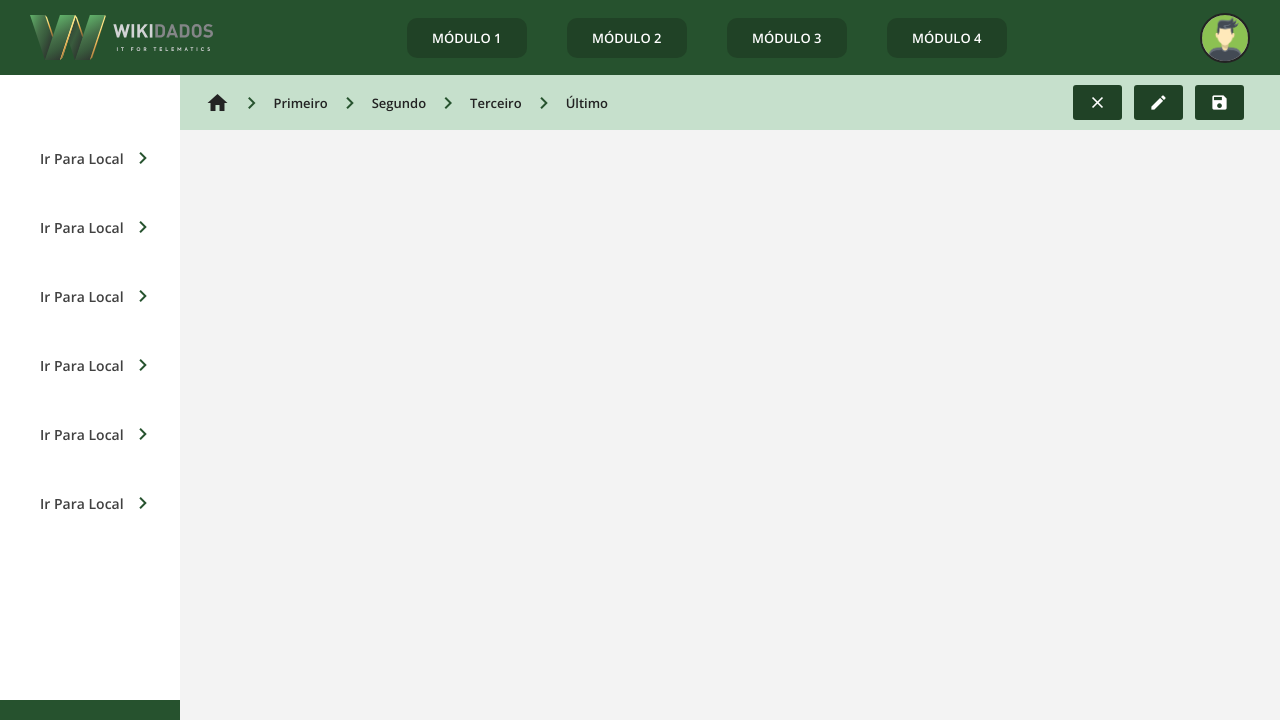
Repository: AlexDjon/alexdjon.github.io
Page: wiki-relayout/index.html
The author's editor kept a copy of each file at every save. The page is drawn from the files as they stood at one save, then again after the next save.
The browser window is 1280 px wide. The pictures show the whole page.

Above is the page before, as saved 2020-08-12 16:08:08.

### wiki-relayout/index.html
<!DOCTYPE html>
<html lang="pt-br">

<head>
  <meta charset="UTF-8">
  <meta name="viewport" content="width=device-width, initial-scale=1.0">
  <title>Wiki - Relayout</title>

  <link rel="shotcut icon" href="https://wikidados.com.br/assets/wiki/img/logos/favicon.ico">
  <link href="https://fonts.googleapis.com/icon?family=Material+Icons" rel="stylesheet">
  <link href="https://fonts.googleapis.com/css2?family=Open+Sans:wght@400;600;700&display=swap" rel="stylesheet">
  <link rel="stylesheet" href="css/styles.css">
</head>

<body>
  <header class="cabecalho">
    <img src="img/logo.svg" alt="Logo Wiki" class="logo">

    <div class="modulos">
      <button>Módulo 1</button>
      <button>Módulo 2</button>
      <button>Módulo 3</button>
      <button>Módulo 4</button>
    </div>

    <button class="user">
    </button>
  </header>

  <aside class="areas">
    <ul>
      <li><i class="material-icons">donut_large</i> Editar perfil</li>
      <li><i class="material-icons">grade</i> Favoritos</li>
      <li><i class="material-icons">history</i> Histórico</li>
      <li><i class="material-icons">power_settings_new</i> Sair</li>
    </ul>
  </aside>

  <main class="conteudo">
    <nav class="navbar">
      <ul class="menu">
        <li>Ir para local <i class="material-icons">chevron_right</i></li>
        <li>Ir para local <i class="material-icons">chevron_right</i></li>
        <li>Ir para local <i class="material-icons">chevron_right</i></li>
        <li>Ir para local <i class="material-icons">chevron_right</i></li>
        <li>Ir para local <i class="material-icons">chevron_right</i></li>
        <li>Ir para local <i class="material-icons">chevron_right</i></li>
      </ul>
    </nav>

    <div class="meio">
      <div class="barra">
        <ul class="caminho">
          <li>
            <i class="material-icons">home</i>
          </li>
          <li id="separator">
            <i class="material-icons">chevron_right</i>
          </li>
          <li>
            Primeiro
          </li>
          <li id="separator">
            <i class="material-icons">chevron_right</i>
          </li>
          <li>
            Segundo
          </li>
          <li id="separator">
            <i class="material-icons">chevron_right</i>
          </li>
          <li>
            Terceiro
          </li>
          <li id="separator">
            <i class="material-icons">chevron_right</i>
          </li>
          <li>
            Último
          </li>
        </ul>

        <div class="list-buttons">
          <button>
            <i class="material-icons">close</i>
          </button>
          <button>
            <i class="material-icons">edit</i>
          </button>
          <button>
            <i class="material-icons">save</i>
          </button>
        </div>
      </div>

    </div>

  </main>

  <script src="js/scripts.js"></script>
</body>

</html>

### wiki-relayout/css/styles.css
* {
  padding: 0;
  margin: 0;
  font-weight: 100%;
  font-family: 'Open Sans', sans-serif;
  border: 0;
  outline: 0;
  box-sizing: border-box;
}

body {
  background: #f3f3f3;
}

:root {
  --verdeW: #26522e;
  --verdeW2: #204226;
  --verdeW-semi: #c6e0cc;
  --verde: #32a852;
  --black: #232323;
  --black2: #414141;
  --white: #ffffff;
  --grey: #3b3b3b;
  --shadow: -4px 4px 8px 0px rgba(10, 10, 10, 0.27);
  --cabecalhoY: 75px;
}

/* CABECALHO */
.cabecalho {
  width: 100%;
  height: var(--cabecalhoY);
  background: var(--verdeW);
  padding: 10px 30px;
  display: flex;
  justify-content: space-between;
  align-items: center;
}

.cabecalho .logo {
  height: 45px;
}

.cabecalho .modulos {
  display: flex;
}
.cabecalho .modulos button {
  margin: 0 20px;
  width: 120px;
  height: 40px;
  border-radius: 10px;
  background-color: var(--verdeW2);
  color: var(--white);
  font-size: 13px;
  text-transform: uppercase;
  font-weight: 600;
  cursor: pointer;
  transition: filter 0.3s;
}
.cabecalho .modulos button:hover {
  filter: brightness(90%);
}
.cabecalho .user {
  height: 50px;
  width: 50px;
  border-radius: 50%;
  border: solid 2px var(--black);

  background-image: url(../img/avatar1.png);
  background-size: cover;
  background-position: center center;

  cursor: pointer;
}

/* AREAS */
.areas {
  display: none;
  min-width: 180px;
  position: absolute;
  top: var(--cabecalhoY);
  right: 0;
  background-color: var(--white);
  box-shadow: var(--shadow);
}
.areas.ativo {
  display: block;
}
.areas ul {
  list-style: none;
  padding: 10px 20px 10px 40px;
}
.areas ul li {
  margin: 17px 0;
  font-size: 15px;
  color: var(--black2);

  display: flex;
  justify-content: flex-start;
  align-items: center;
  transition: color 0.3s;
  cursor: pointer;
}
.areas ul li:hover {
  color: var(--black);
}
.areas ul li i {
  margin-right: 8px;
  font-size: 17px;
  color: var(--verdeW);
}


/* NAVBAR */
.navbar {
  width: 210px;
  height: calc(100vh - var(--cabecalhoY));
  background: var(--white);
  border-bottom: solid 20px var(--verdeW);
}
.navbar .menu {
  padding: 50px 0 50px 30px;
  display: flex;
  flex-direction: column;
  justify-content: flex-start;
  align-items: flex-start;
  list-style: none;
}
.navbar .menu li {
  margin: 14px 0;
  text-transform: capitalize;
  font-weight: 600;
  color: var(--black2);
  font-size: 14px;
  padding: 7px 3px 10px 10px;
  /* border-bottom: solid 1px var(--white);
  border-radius: 0 0 5px 0; */

  display: flex;
  justify-content: space-between;
  align-items: center;

  cursor: pointer;
}
.navbar .menu li i {
  margin-left: 7px;
  color: var(--black2);
}
.navbar .menu li i {
  color: var(--verdeW);
}


/* CONTEUDO */
.conteudo {
  width: 100%;
  height: calc(100vh - var(--cabecalhoY));

  display: flex;
}

.meio {
  width: 100%;
  display: flex;
  flex-direction: column;
}

.meio .barra {
  width: 100%;
  height: 55px;
  padding: 0 20px;
  margin-bottom: 10px;
  background-color: var(--verdeW-semi);
  display: flex;
  justify-content: space-between;
  align-items: center;
}
/*
.meio .barra div#separator span i {
  margin: 0 5px;
  color: var(--verdeW);
} */
.meio .barra .caminho {
  height: 55px;
  display: flex;
  align-items: center;
  list-style: none;
}
.meio .barra .caminho li {
  height: 55px;
  margin: 0 5px;
  font-size: 13px;
  font-weight: 600;
  color: var(--black);
  display: flex;
  align-items: center;
}
.meio .barra .caminho li:not(#separator) {
  cursor: pointer;
}

.meio .barra .caminho li#separator {
  color: var(--verdeW);
}

.list-buttons {
  margin: 0 10px;
  display: flex;
}
.list-buttons button {
  padding: 8px 15px;
  margin: 0 6px;
  border-radius: 3px;
  display: flex;
  justify-content: center;
  align-items: center;
  background: var(--verdeW2);
}
.list-buttons button i {
  font-size: 19px;
  color: var(--white);
}
.list-buttons button:nth-child(1) {}
.list-buttons button:nth-child(2) {}
.list-buttons button:nth-child(3) {}

### wiki-relayout/js/scripts.js
function getItem(info) {
  return document.querySelector(info)
}

getItem('.user').addEventListener('click', () => {
  getItem('.areas').classList.toggle('ativo')
})

After the next save:
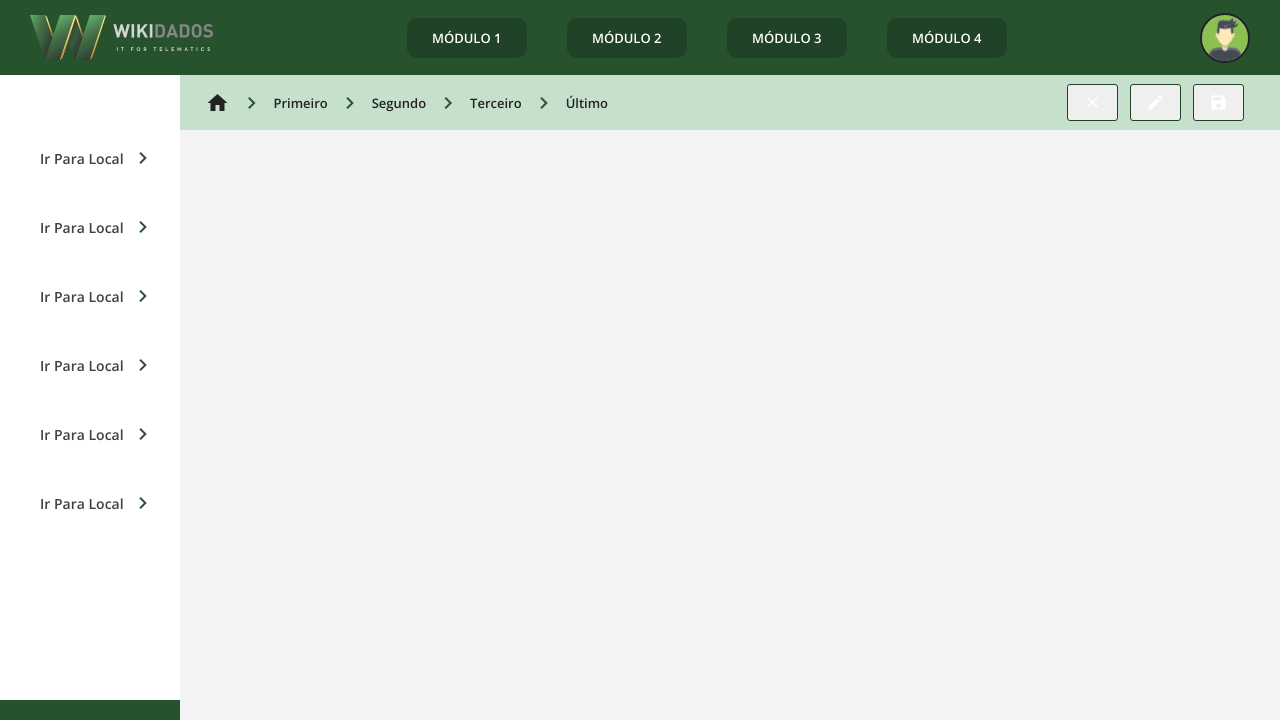
Saved 25 s later.
--- a/wiki-relayout/css/styles.css
+++ b/wiki-relayout/css/styles.css
@@ -213,7 +213,7 @@ body {
   display: flex;
   justify-content: center;
   align-items: center;
-  background: var(--verdeW2);
+  border: solid 1px var(--verdeW2);
 }
 .list-buttons button i {
   font-size: 19px;
